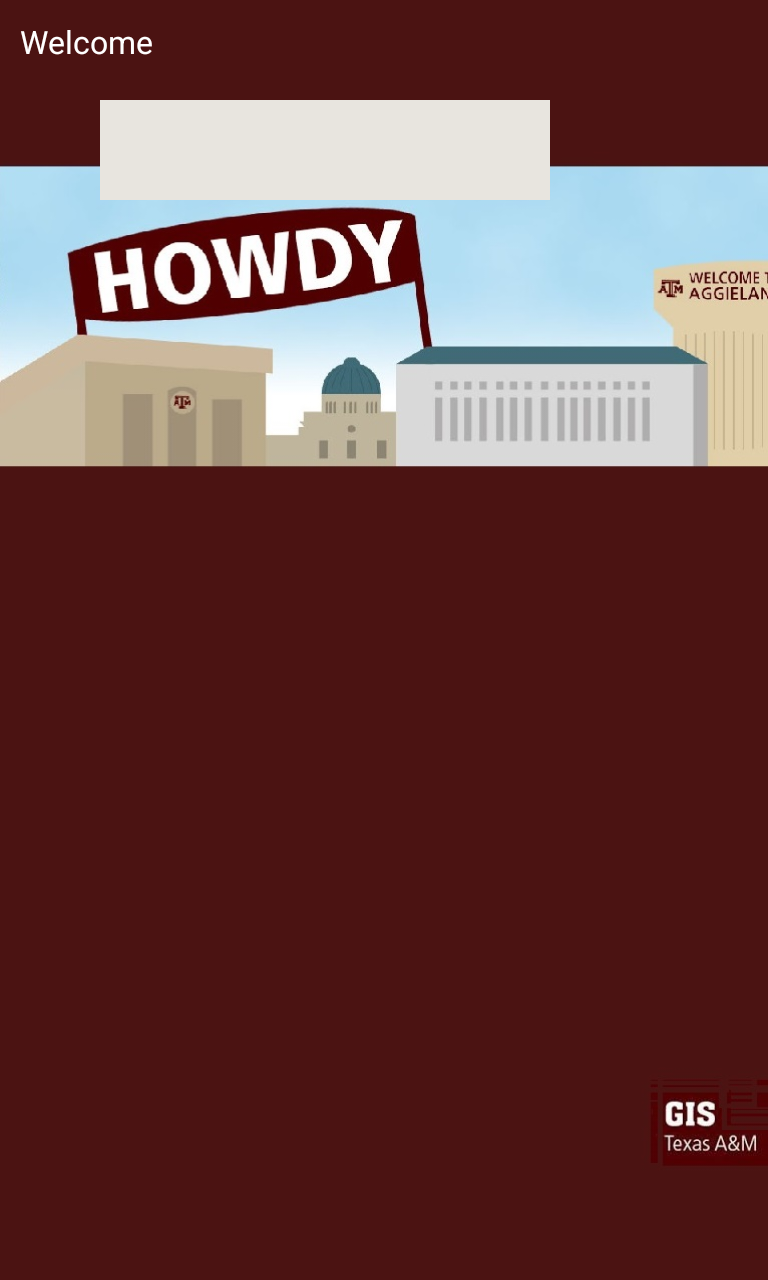
Repository: jannelg92/ANDROIDAPP
Layout: GEOINNOVATION/TAMUgis-dayEvents/res/layout/main_home.xml
An editor plug-in stored every save of this project. The layout is shown before and after the next save, followed by the edit.
It is drawn on a 768 x 1280 px phone screen (xhdpi) without system bars, with theme AppTheme; the app's code is not run. Lists and similar views that code fills are empty.

Above is the layout before, as saved 2014-04-19 00:38:57.

After the next save:
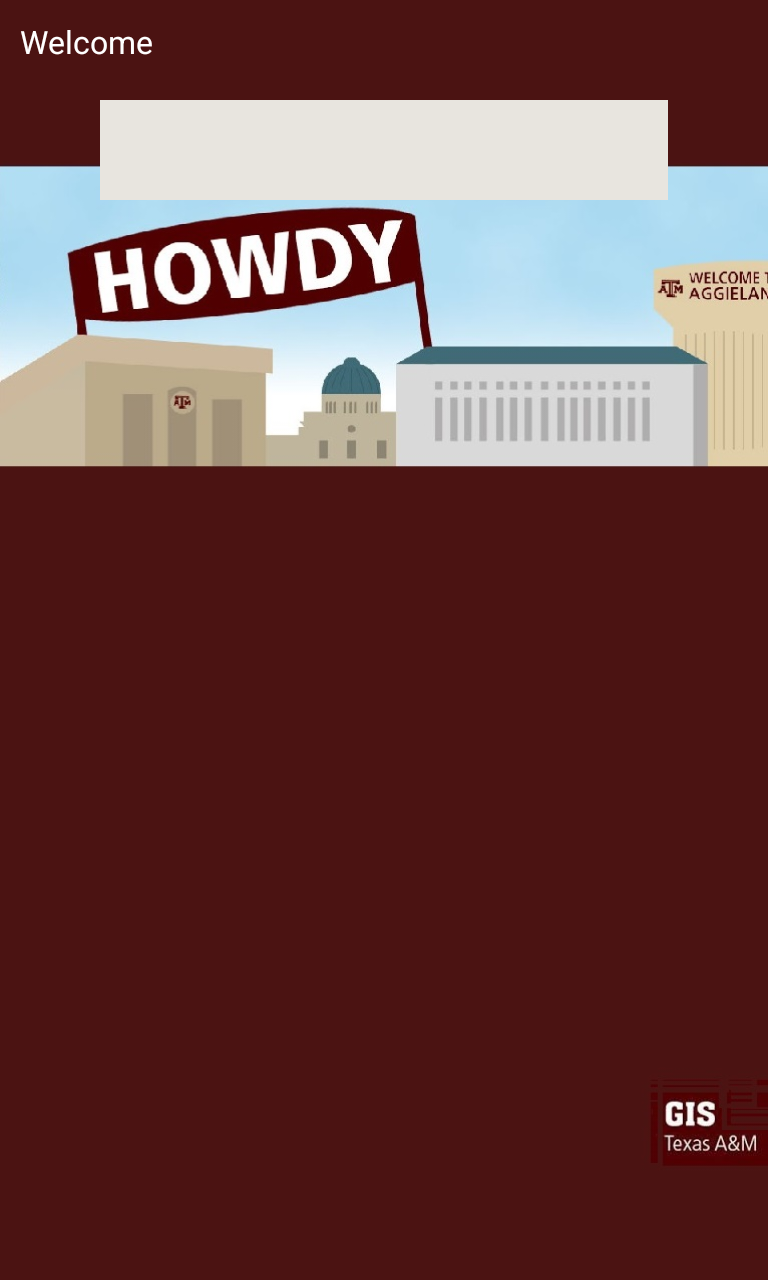
Saved 40 s later.
--- a/GEOINNOVATION/TAMUgis-dayEvents/res/layout/main_home.xml
+++ b/GEOINNOVATION/TAMUgis-dayEvents/res/layout/main_home.xml
@@ -29,15 +29,15 @@
 
     <Button
         android:id="@+id/event_b"
-        android:layout_width="225dp"
+        android:layout_width="match_parent"
         android:layout_height="50dp"
         android:layout_margin="40dp"
         android:layout_marginBottom="100dp"
         android:background="#E8E5DF"
         android:clickable="true"
+        android:scrollY="500px"
         android:text="@string/title_section2"
-        android:textSize="@dimen/small_text"
-        android:scrollY="200px" />
+        android:textSize="@dimen/small_text" />
 
     </FrameLayout>
 
